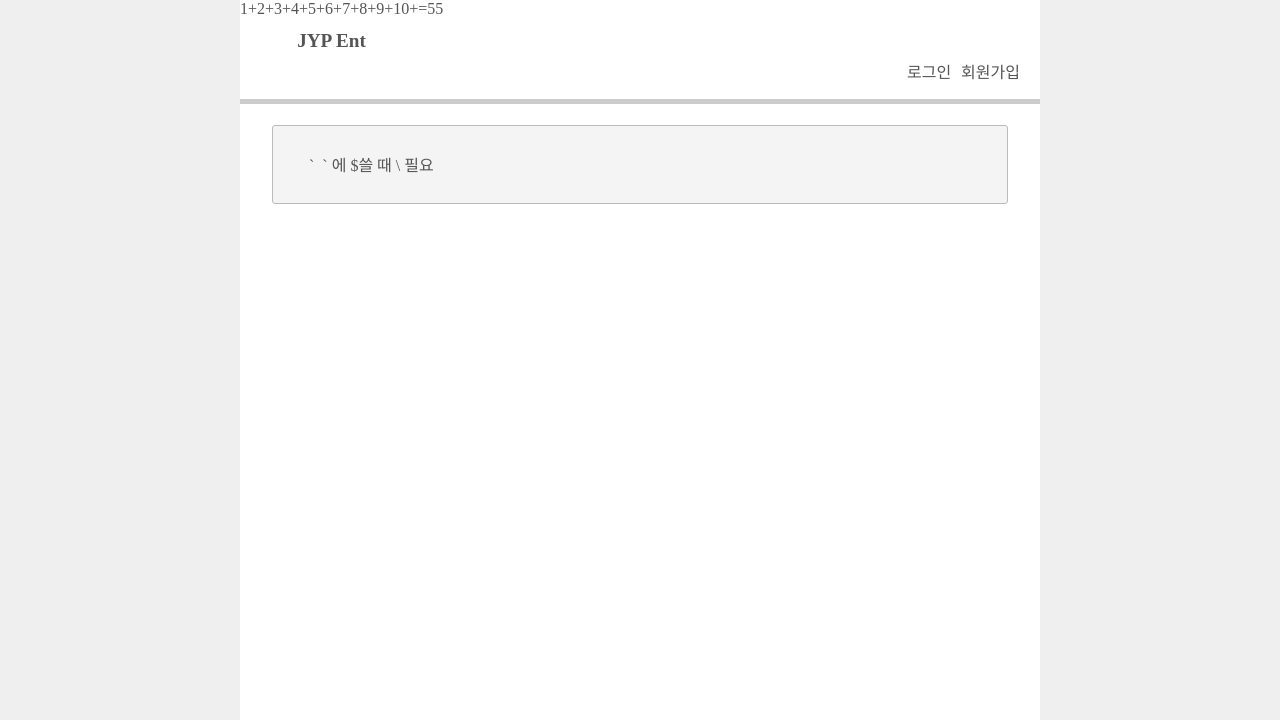
Repository: jyoons00/JSP-sample
Page: http://localhost/jspPro/days01/ex03_02.jsp
The author's editor kept a copy of each file at every save. The page is drawn from the files as they stood at one save, then again after the next save.
The browser window is 1280 px wide. The pictures show the whole page.
Some web fonts or font styles are not loaded; a fallback is used. The page is served by Tomcat 9. Other server files are loaded and not shown.

Above is the page before, as saved 2024-10-15 06:20:15.

### jspPro/src/main/webapp/days01/ex03_02.jsp
<%@ page contentType="text/html; charset=UTF-8" pageEncoding="UTF-8"%>
 <%

   // 변수에 넣어서 태그 내부에 넣어야 해당 위치에 들어가짐
   String content ="";

   int sum = 0;
   for(int i = 1 ; i<= 10 ;  i++) {
      sum += i ;
      /* out.print(String.format( "%d +" , i )); */
      out.write(i+"+");
   }
   /* out.print(String.format("=%d",sum)); */
   out.write("="+sum);
%>
<!DOCTYPE html>
<html>
<head>
<meta charset="UTF-8">
<title>Insert title here</title>
<link rel="shortcut icon" type="image/x-icon" href="http://localhost/jspPro/images/SiSt.ico">
<script src="https://ajax.googleapis.com/ajax/libs/jquery/3.7.1/jquery.min.js"></script>
<meta name="viewport" content="width=device-width, initial-scale=1.0">
<meta name="google" content="notranslate">
<link rel="stylesheet" href="http://localhost/jspPro/resources/cdn-main/example.css">
<script src="http://localhost/jspPro/resources/cdn-main/example.js"></script>
<style>
 span.material-symbols-outlined{
    vertical-align: text-bottom;
 }
</style>
</head>
<body>
<header>
  <h1 class="main"><a href="#" style="position: absolute;top:30px;">JYP Ent</a></h1>
  <ul>
    <li><a href="#">로그인</a></li>
    <li><a href="#">회원가입</a></li>
  </ul>
</header>
<div>
  <xmp class="code">
     `  ` 에 $쓸 때 \ 필요
  </xmp>
  <p id="demo">

  </p>
</div>

<script>

</script>
</body>
</html>

### jspPro/src/main/webapp/resources/cdn-main/example.css
@charset "UTF-8";

@import url('https://fonts.googleapis.com/css2?family=Material+Symbols+Outlined:opsz,wght,FILL,GRAD@20..48,100..700,0..1,-50..200');

@font-face {
    font-family: 'GmarketSansMedium';
    src: url('https://cdn.jsdelivr.net/gh/projectnoonnu/noonfonts_2001@1.1/GmarketSansMedium.woff') format('woff');
    font-weight: normal;
    font-style: normal;
}

:root {
	--text-color: #555;
	--sub-text-color: #777;
	--back-color: #EFEFEF;
	--header-color: #444;
	--primary-color: #DEDEDE;
	--secondary-color: #EFEFEF;
	--default-width: 800px;
	--narrow-width: 500px;
	--wide-width: 1200px;
	--text-font: 'GmarketSansMedium';
	--icon-font: 'Material Symbols Outlined';
	--border-color: #CCC;
}

html, body {
	margin: 0;
	padding: 0;
}

html {
	background-color: var(--back-color);
	display: flex;
	justify-content: center;
	min-height: 100vh;
}

body, body.default {
	width: var(--default-width);
	background-color: white;
	padding-bottom: 120px;
}

body.wide {
	width: var(--wide-width);
}

body.narrow {
	width: var(--narrow-width);
}



body, p, div, span, a, input, select, option, textarea, button, table, th, td, label, fieldset, legend {
	font-family: var(--text-font);
	color: var(--text-color);
}

h1, h2, h3 {
	font-family: var(--text-font);
	color: var(--header-color);
	padding: 0 1rem;
	padding-top: .5rem;
}

div > h1, div > h2, div > h3 {
	padding: 0;
}

body > div, body > main > div {
	padding: 0.3rem 1rem;
}


h1 { font-size: 2rem; border-bottom: 1px solid var(--border-color); }
h1 small { font-size: 1.2rem; color: var(--sub-text-color); }
h2 { font-size: 1.5rem; border-bottom: 1px dashed var(--border-color); }
h2 small { font-size: 1.1rem; color: --sub-text-color; }
h3 { font-size: 1.2rem; }
h3 small { font-size: 1rem; color: --sub-text-color; }



h1.main::before {
	font-family: var(--icon-font);
  	content: '\e666';
  	margin-right: 10px;
  	float: left;
	font-size: 2.5rem;
}

h1.sub::before {
	font-family: var(--icon-font);
  	content: '\ea19';
  	margin-right: 10px;
  	float: left;
	font-size: 2.5rem;
}


h1.page::before {
	font-family: var(--icon-font);
  	content: '\e0e0';
  	margin-right: 10px;
  	float: left;
	font-size: 2.5rem;
}

body > header > ul > li > .active{
	background-color: #FFF;
	color:#F00;
}

body > header {
	display: flex;
	justify-content: space-between;
	border-bottom: 5px solid var(--border-color);
	min-height: 74px;
	background-color: #FFF;
}

body > header.sticky {
	position: sticky;
	top: 0;
	z-index: 98;
}

body > header > h1 {
	font-size: 1.2rem;
	border: 0;
}

body > header.in > h1::before {
	font-family: var(--icon-font);
  	content: '\e332‥';
  	margin-right: 3px;
  	float: left;
	font-size: 2rem;
}


body > header > ul {
	list-style-type: none;
	display: flex;
	align-items: flex-end;
	margin-right: 10px;
}

body > header > ul > li {
	margin-right: 10px;
	cursor: pointer;
}

body > header > ul > li > a {
	cursor: pointer;
}


form {
	display: block;
}

form > div {
	padding: 0.3rem 1rem;
}

div > form > div {
	padding: 0.3rem 0;
}

input, textarea, button, select {
	border: 1px solid #BBB;
	border-radius: 3px;
	outline: none;
	resize: none;
	padding: 7px;
	margin: 0;
}

input[type=text]:read-only, textarea:read-only {
	cursor: not-allowed;
	background-color: #FFF;
}

input[type=text]:disabled, textarea:disabled {
	cursor: not-allowed;
	background-color: #EEE;
}

input[type=text], input[type=password], textarea, button, select {
	/* width: 300px; */
}

textarea {
	display: block;
	height: 100px;
}

input[type=button], input[type=submit], button {
	/* width: inherit; */
}

input.short, textarea.short, button.short, select.short {
	width: 100px;
}

input.long, textarea.long, button.long, select.long {
	width: 350px;
}

.narrow input.long, .narrow textarea.long, .narrow button.long, .narrow select.long {
	width: calc(100% - 20px);
}

input.full, textarea.full, button.full, select.full {
	width: calc(100% - 20px);
}

textarea.short {
	height: 50px;
}

textarea.long {
	height: 100px;
}

textarea.full {
	height: 200px;
}

input, textarea {
	padding-top: 8px;
}

input[type=button], input[type=submit], button {
	padding: 5px 10px;
	background-color: var(--secondary-color);
	cursor: pointer;
	min-height: 36px;
}

input[type=button].primary, input[type=submit].primary, button.primary {
	/* background-color: rgba(100, 149, 237, .2); */
	background-color: var(--primary-color);
}

input[type=button].primary:hover, input[type=submit].primary:hover, button.primary:hover {
	/* background-color: rgba(100, 149, 237, .3); */
	background-color: var(--secondary-color);
}

input[type=button]:hover, input[type=submit]:hover, button:hover {
	background-color: var(--primary-color);
}

button {
	position: relative;
	left: 0;
	top: 0;
	padding-left: 35px;
}

button .material-symbols-outlined {
	position: absolute;
	left: 10px;
	top: 4px;
}

/* k2nik add */
button.login::before {
	font-family: var(--icon-font);
  	content: '\ea77';
	position: absolute;
	left: 11px;
	top: 4px;
	font-size: 1.25rem;
}

/* k2nik logout */
button.logout::before {
	font-family: var(--icon-font);
  	content: '\e9ba';
	position: absolute;
	left: 11px;
	top: 4px;
	font-size: 1.25rem;
}

/* k2nik help */
button.help::before {
	font-family: var(--icon-font);
  	content: '\f1c0';
	position: absolute;
	left: 11px;
	top: 4px;
	font-size: 1.25rem;
}

button.add::before{
	font-family: var(--icon-font);
  	content: '\e746';
	position: absolute;
	left: 11px;
	top: 4px;
	font-size: 1.25rem;
}

button.back::before {
	font-family: var(--icon-font);
  	content: '\e166';
	position: absolute;
	left: 11px;
	top: 4px;
	font-size: 1.25rem;
}

button.list::before {
	font-family: var(--icon-font);
  	content: '\e0ee';
	position: absolute;
	left: 11px;
	top: 4px;
	font-size: 1.25rem;
}


button.del::before {
	font-family: var(--icon-font);
  	content: '\e872';
	position: absolute;
	left: 11px;
	top: 4px;
	font-size: 1.25rem;
}


button.edit::before {
	font-family: var(--icon-font);
  	content: '\e745';
	position: absolute;
	left: 11px;
	top: 4px;
	font-size: 1.25rem;
}


button.login::before {
	font-family: var(--icon-font);
  	content: '\ea77';
	position: absolute;
	left: 11px;
	top: 4px;
	font-size: 1.25rem;
}


button.logout::before {
	font-family: var(--icon-font);
  	content: '\e9ba';
	position: absolute;
	left: 11px;
	top: 4px;
	font-size: 1.25rem;
}


button.in::before {
	font-family: var(--icon-font);
  	content: '\f71a';
	position: absolute;
	left: 11px;
	top: 4px;
	font-size: 1.25rem;
}


button.out::before {
	font-family: var(--icon-font);
  	content: '\f70e';
	position: absolute;
	left: 11px;
	top: 4px;
	font-size: 1.25rem;
}


button.reply::before {
	font-family: var(--icon-font);
  	content: '\e15e';
	position: absolute;
	left: 11px;
	top: 4px;
	font-size: 1.25rem;
}


button.comment::before {
	font-family: var(--icon-font);
  	content: '\e0b9';
	position: absolute;
	left: 11px;
	top: 4px;
	font-size: 1.25rem;
}


button.modal::before {
	font-family: var(--icon-font);
  	content: '\e89e';
	position: absolute;
	left: 11px;
	top: 4px;
	font-size: 1.25rem;
}


button.ok::before {
	font-family: var(--icon-font);
  	content: '\e86c';
	position: absolute;
	left: 11px;
	top: 4px;
	font-size: 1.25rem;
}


button.cancel::before {
	font-family: var(--icon-font);
  	content: '\e5c9';
	position: absolute;
	left: 11px;
	top: 4px;
	font-size: 1.25rem;
}

button.search::before {
	font-family: var(--icon-font);
  	content: '\e8b6';
	position: absolute;
	left: 11px;
	top: 4px;
	font-size: 1.25rem;
}

button.home::before {
	font-family: var(--icon-font);
  	content: '\e88a';
	position: absolute;
	left: 11px;
	top: 4px;
	font-size: 1.25rem;
}


button.sidebar::before {
	font-family: var(--icon-font);
  	content: '\f7e4';
	position: absolute;
	left: 11px;
	top: 4px;
	font-size: 1.25rem;
}


button.sidebar-right::before {
	font-family: var(--icon-font);
  	content: '\f7e5';
	position: absolute;
	left: 11px;
	top: 4px;
	font-size: 1.25rem;
}




button::before {
	font-family: var(--icon-font);
  	content: '\e323';
	position: absolute;
	left: 11px;
	top: 4px;
	font-size: 1.25rem;
}


table {
	border-collapse: collapse;
	margin: 1rem;
	box-sizing: border-box;
	width: calc(100% - 32px);
}

table.content {
	width: auto;
}

div > table {
	margin: 0;
}

table th, table td {
	border: 1px solid var(--border-color);
	padding: 7px;
	font-weight: normal;
}

table th {
	background-color: var(--back-color);
}

table.vertical th {
	width: 150px;
}

table.vertical td {
	width: calc(100% - 182px);
	padding-left: 10px;
}

table.content td, table.content th {
	width: auto;
}

body.narrow table.vertical th {
	width: 100px;
}

body.narrow table.vertical td {
	width: calc(100% - 182px);
}


table + table {
	margin-top: 30px;
}


p {
	padding: 0 1rem;
}

a {
	text-decoration: none;
}

a:hover {
	color: rgba(255, 99, 71, .7);
}

hr {
	border: 0;
	border-top: 1px solid var(--border-color);
	margin: 2rem 0;
}

.message {
	border: 1px solid var(--border-color);
	background-color: #EFEFEF;
	margin: 1rem;
	width: auto;
	padding-top: 10px;
	padding-bottom: 10px;
	font-size: 14px;
}

.message[title]::before {
	content: attr(title);
	display: block;
	border-bottom: 1px solid var(--border-color);
	padding-bottom: 5px;
	margin-bottom: 10px;
	margin-top: 7px;
}

.message.short {
	max-width: 250px;
}

.message.long {
	max-width: 500px;
}

.badge {
	float: right;
	font-size: .8rem;
	margin-top: 2px;
	margin-right: 2px;
	text-shadow: 0 0 7px gray;
}

.badge.left {
	float: none;
	margin-left: 2px;
}

.badge.right {
	float: right;
}

.badge.red {
	border-radius: 50%;
	padding: 2px 5px;
	background-color: rgb(255, 99, 71, .3);
}

.badge.yellow {

	border-radius: 50%;
	padding: 2px 5px;
	background-color: rgb(255, 215, 0, .5);
}

.badge.blue {
	border-radius: 50%;
	padding: 2px 5px;
	background-color: rgb(100, 149, 237, .3);
}

label + label {
	margin-left: 7px;
}

label input[type=checkbox], label input[type=radio] {
	transform: translate(0, 1px);
}

.group {
	display: flex;
}

.modal-content .group {
	margin-bottom: .5rem;
}

.group label {
	border: 1px solid #BBB;
	border-radius: 3px;
	outline: none;
	resize: none;
	padding: 7px 14px;
	margin: 0;
	border-top-right-radius: 0;
	border-bottom-right-radius: 0;
	background-color: #EFEFEF;
	white-space: nowrap;
	font-size: 14px;
}

.group input[type=text] {
	margin-left: -1px;
	border-top-left-radius: 0;
	border-bottom-left-radius: 0;
}

.group select {
	margin-left: -1px;
	border-top-left-radius: 0;
	border-bottom-left-radius: 0;
}

.group input.full[type=text] {
	margin-left: -1px;
	border-top-left-radius: 0;
	border-bottom-left-radius: 0;
	width: 100%;
}

.group input[type=button]:first-child, .group button:first-child {
	border-top-left-radius: 3px;
	border-bottom-left-radius: 3px;
	margin-left: 0px;
}

.group input[type=button], .group button {
	border-radius: 0;
	margin-left: -1px;
}

.group input[type=button]:last-child, .group button:last-child {
	margin-left: -1px;
	border-top-right-radius: 3px;
	border-bottom-right-radius: 3px;
}

.seperate {
	display: flex;
	justify-content: space-between;
}

div.list {
	width: max-content;
	margin: 1rem;
	border: 1px solid #BBB;
	border-radius: 3px;
	padding: 0;
}

div.list.full {
	width: auto;
	display: block;
	margin: 1rem;
	border: 1px solid #BBB;
	border-radius: 3px;
	padding: 0;
}

div.list > div {
	padding: .5rem 1rem;
	margin: 0;
	border-bottom: 1px solid #BBB;
}

div.list > div:last-child {
	border-bottom: 0;
}

pre.code , xmp.code{
	font-family: consols;
	background-color: rgba(150, 150, 150, .1);
	border: 1px solid #BBB;
	border-radius: 3px;
	padding: .5rem 1rem;
	padding-bottom: .6rem;
	margin: 1rem;
}




*[data-modal-window] {
	position: fixed;
	background-color: rgba(0, 0, 0, .3);
	left: 0;
	top: 0;
	display: none;
	justify-content: center;
	align-items: flex-start;
	width: 100%;
	min-height: 100vh;
	z-index: 100;
	opacity: 0;
	transition: 500ms all;
}

*[data-modal-window] .modal-container {
	border-radius: 5px;
	padding: 1rem;
	padding-bottom: .5rem;
	margin-top: -500px;
	opacity: 0;
	width: 500px;
	background-color: #FFF;
	margin-right: 2rem;
	transition: 500ms all;
}

*[data-modal-size=content] .modal-container {
	width: auto;
}

*[data-modal-size=narrow] .modal-container {
	width: 300px;
}

*[data-modal-size=wide] .modal-container {
	width: 760px;
}


*[data-modal-window] .modal-header {
	border-bottom: 1px solid var(--border-color);
	padding: 2px 5px;
}

*[data-modal-window] .modal-content {
	padding: 1rem 5px;
}

*[data-modal-window] .modal-content div:last-child {
	margin-top: 1rem;
	text-align: right;
}



*[data-sidebar-window] {
	position: fixed;
	background-color: #FFF;
	left: 0;
	top: 0;
	display: block;
	width: 300px;
	border-right: 1px solid var(--border-color);
	box-sizing: border-box;
	box-shadow: 0 0 3px var(--back-color);
	min-height: 100vh;
	z-index: 99;
	transform: translate(-300px, 0);
	transition-duration: 500ms;
	transition-property: transform;
}

*[data-sidebar-direction=right] {
	left: auto;
	right: 0;
	transform: translate(300px, 0);
	border-left: 1px solid var(--border-color);
}

*[data-sidebar-size=wide] {
	width: 500px;
	transform: translate(-500px, 0);
}

*[data-sidebar-window] .sidebar-title {
	border-bottom: 1px solid var(--border-color);
	margin-top: 20px;
	margin-bottom: 20px;
	padding-bottom: 5px;
	display: flex;
	justify-content: space-between;
}

*[data-sidebar-window] .sidebar-title span:last-child {
	cursor: pointer;
}


/* K2Nik pagination */
.center {
  text-align: center;
}

.pagination {
  display: inline-block;
}

.pagination a {
  color: black;
  float: left;
  padding: 3px 6px;
  text-decoration: none;
  transition: background-color .3s;
  border: 1px solid #ddd;
  margin: 0 3px;
}

.pagination a.active {
  background-color: #4CAF50;
  color: white;
  border: 1px solid #4CAF50;
}

.pagination a:hover:not(.active) {background-color: #ddd;}

### jspPro/src/main/webapp/resources/cdn-main/example.js

window.onload = () => {

    const list = document.querySelectorAll('input, textarea');

    list.forEach(item => {
        item.setAttribute('autocomplete', 'off');
    });


    const modal_btn_list = document.querySelectorAll('*[data-modal-button]');

    modal_btn_list.forEach(item => {
        item.onclick = function() {

            const name = this.dataset['modalButton'];
            const modal_window = document.querySelector('*[data-modal-window=' + name);

            const container = document.createElement('div');
            container.className = 'modal-container';



            const modal_header = document.createElement('div');
            modal_header.textContent = modal_window.dataset['modalTitle'];
            modal_header.className = 'modal-header';
            container.appendChild(modal_header);

            const modal_content = document.createElement('div');
            modal_content.className = 'modal-content';
            container.appendChild(modal_content);

            Array.from(modal_window.childNodes).forEach(item => {
                modal_content.appendChild(item);
            });

            modal_window.appendChild(container);

            modal_window.style.display = 'flex';

            setTimeout(() => {
                modal_window.style.opacity = 1;
                container.style.marginTop = '20px';
                container.style.opacity = 1;
            }, 50);


            const modal_ok = document.querySelector('*[data-modal-ok=' + name);
            modal_ok.addEventListener('click', function() {
                modal_window.style.opacity = 0;
                container.style.marginTop = '-500px';
                container.style.opacity = 0;

                setTimeout(() => {
                    modal_window.innerHTML = modal_content.innerHTML;
                    modal_window.style.display = 'none';
                }, 500);

            });

            const modal_cancel = document.querySelector('*[data-modal-cancel=' + name);
            modal_cancel.addEventListener('click', function() {

                modal_window.style.opacity = 0;
                container.style.marginTop = '-500px';
                container.style.opacity = 0;

                setTimeout(() => {
                    modal_window.innerHTML = modal_content.innerHTML;
                    modal_window.style.display = 'none';
                }, 500);
            });


        };
    });


    const sidebar_btn_list = document.querySelectorAll('*[data-sidebar-button]');

    sidebar_btn_list.forEach(item => {
        item.onclick = function() {



            const name = this.dataset['sidebarButton'];
            const sidebar_window = document.querySelector('*[data-sidebar-window=' + name);

            if (sidebar_window.style.transform == 'translate(0px, 0px)') return;



            sidebar_window.style.transform = 'translate(0, 0)';

            const sidebar_title = document.createElement('div');
            sidebar_title.className = 'sidebar-title';
            sidebar_title.innerHTML = '<span>' + sidebar_window.dataset['sidebarTitle'] + '</span><span class="material-symbols-outlined">close</span>';

            sidebar_title.children[1].onclick = function() {

                let sign = 1;
                let distance = 300;

                if (sidebar_window.dataset['sidebarDirection'] != 'right') {
                    sign = -1;
                } else {
                    sign = 1;
                }

                if (sidebar_window.dataset['sidebarSize'] != 'wide') {
                    distance = 300;
                } else {
                    distance = 500;
                }

                distance *= sign;

                sidebar_window.style.transform = 'translate(' + distance + 'px, 0)';

                setTimeout(function() {
                    sidebar_window.removeChild(sidebar_window.children[0]);
                }, 500);
            };


            sidebar_window.prepend(sidebar_title);

        }
    });

};

// window.onkeydown = function(event) {

//     if (event.keyCode == 27) {
//         if (document.querySelector('[data-modal-window').style.display == 'flex') {
//             document.querySelector('[data-modal-window').style.display = 'none';
//         }
//     }

// };

After the next save:
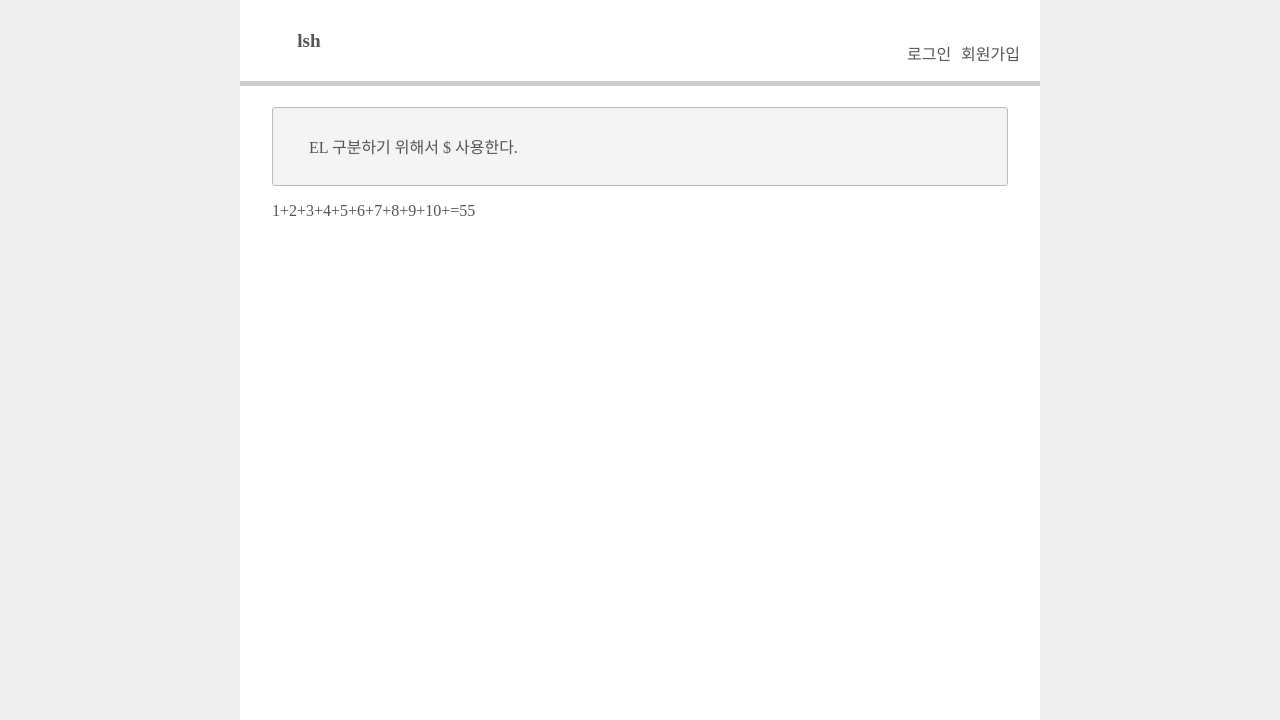
Saved 48 min 2 s later.
--- a/jspPro/src/main/webapp/days01/ex03_02.jsp
+++ b/jspPro/src/main/webapp/days01/ex03_02.jsp
@@ -1,18 +1,19 @@
-<%@ page contentType="text/html; charset=UTF-8" pageEncoding="UTF-8"%>
- <%
+<%@ page language="java" contentType="text/html; charset=UTF-8"
+    pageEncoding="UTF-8"%>
+  <%
+     String content = "";
 
-   // 변수에 넣어서 태그 내부에 넣어야 해당 위치에 들어가짐
-   String content ="";
-
-   int sum = 0;
-   for(int i = 1 ; i<= 10 ;  i++) {
-      sum += i ;
-      /* out.print(String.format( "%d +" , i )); */
-      out.write(i+"+");
-   }
-   /* out.print(String.format("=%d",sum)); */
-   out.write("="+sum);
-%>
+     int sum = 0;
+     for(int i = 1; i <= 10; i++){
+        sum += i;
+        // System.out.printf("%d+", i);
+        // out.write(i+"+");
+        content += i+"+";
+     } // for
+     // System.out.printf("=%d\n", sum);
+     // out.write("="+sum);
+     content += "="+sum;
+  %>
 <!DOCTYPE html>
 <html>
 <head>
@@ -21,7 +22,6 @@
 <link rel="shortcut icon" type="image/x-icon" href="http://localhost/jspPro/images/SiSt.ico">
 <script src="https://ajax.googleapis.com/ajax/libs/jquery/3.7.1/jquery.min.js"></script>
 <meta name="viewport" content="width=device-width, initial-scale=1.0">
-<meta name="google" content="notranslate">
 <link rel="stylesheet" href="http://localhost/jspPro/resources/cdn-main/example.css">
 <script src="http://localhost/jspPro/resources/cdn-main/example.js"></script>
 <style>
@@ -32,7 +32,7 @@
 </head>
 <body>
 <header>
-  <h1 class="main"><a href="#" style="position: absolute;top:30px;">JYP Ent</a></h1>
+  <h1 class="main"><a href="#" style="position: absolute;top:30px;">lsh</a></h1>
   <ul>
     <li><a href="#">로그인</a></li>
     <li><a href="#">회원가입</a></li>
@@ -40,15 +40,24 @@
 </header>
 <div>
   <xmp class="code">
-     `  ` 에 $쓸 때 \ 필요
+     EL 구분하기 위해서 \$ 사용한다.
   </xmp>
+
   <p id="demo">
+  <%= content %>
+  </p>
 
-  </p>
+  <script>
+     /*
+     const arr = [];
+     for (var i = 1; i <= 10; i++) {
+      arr.push(i);
+   } // for
+   let result = arr.reduce((total, value)=> total+value);
+   $("#demo").html(`\${ result }`); // \ 중요
+   */
+  </script>
+
 </div>
-
-<script>
-
-</script>
 </body>
 </html>
